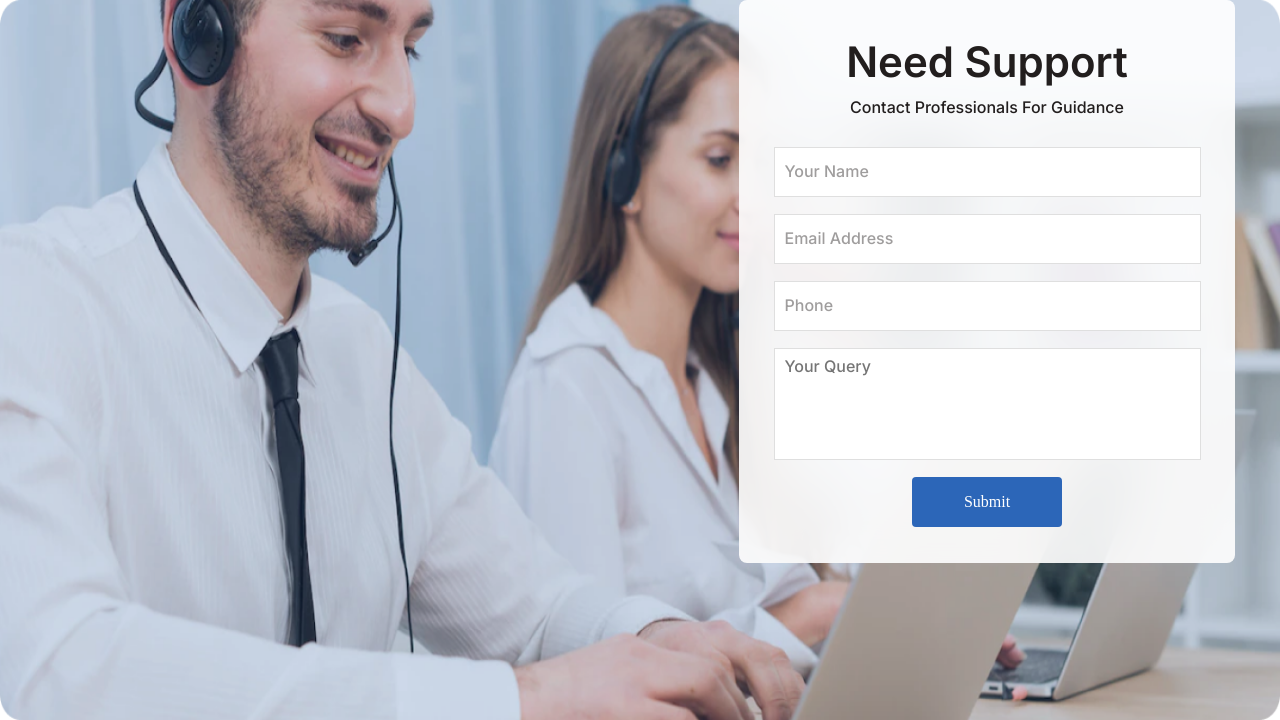
Repository: FaridRustamov09/Final-Task
Page: Pages/supportPage/index.html
An editor plug-in stored every save of this project. The page is shown before and after the next save, followed by the edit.
The browser window is 1280 px wide. The pictures show the whole page.
The style sheet was rebuilt from its Sass, Less or Tailwind sources for each picture, by a compiler version that may differ from the author's.

Above is the page before, as saved 2024-07-14 20:46:55.

After the next save:
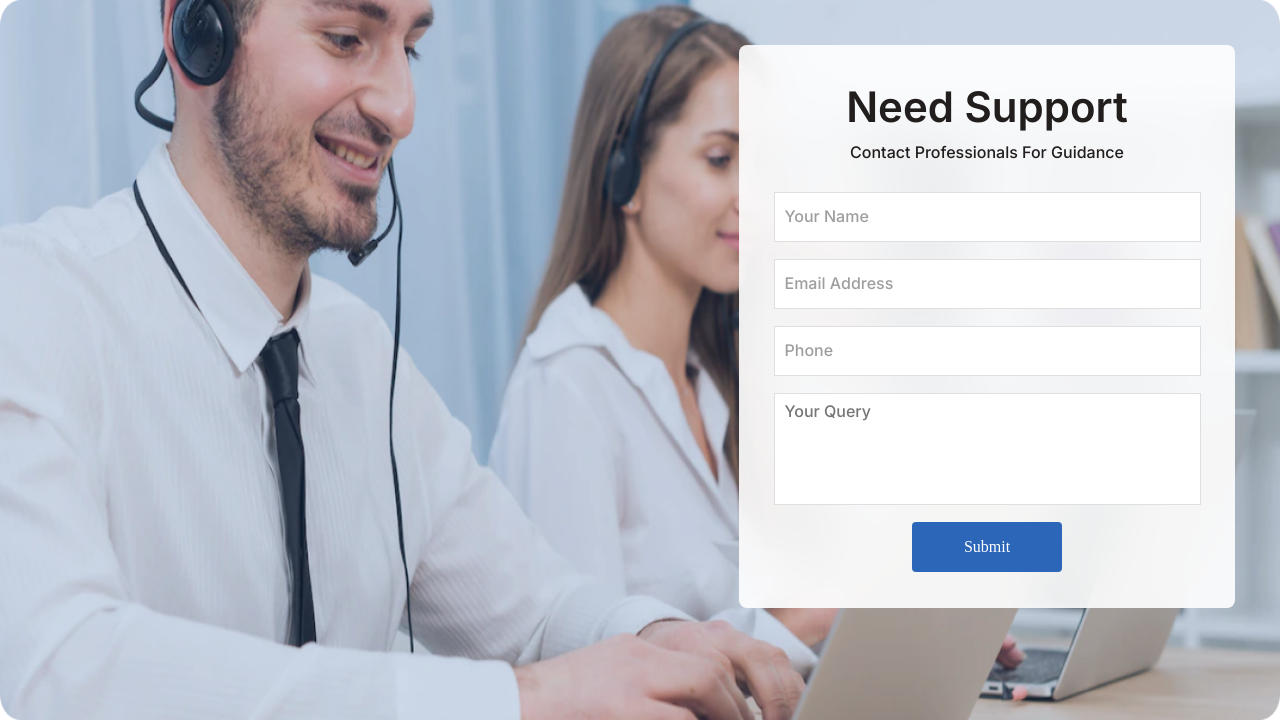
Saved 10 s later.
--- a/Pages/supportPage/index.scss
+++ b/Pages/supportPage/index.scss
@@ -6,7 +6,7 @@
 }
 .container5 {
   width: 100%;
-  padding-right: 45px;
+  padding: 45px;
   background-image: url(../../images/Rectangle\ 39.png);
   background-repeat: no-repeat;
   background-size: 100% 100%;
